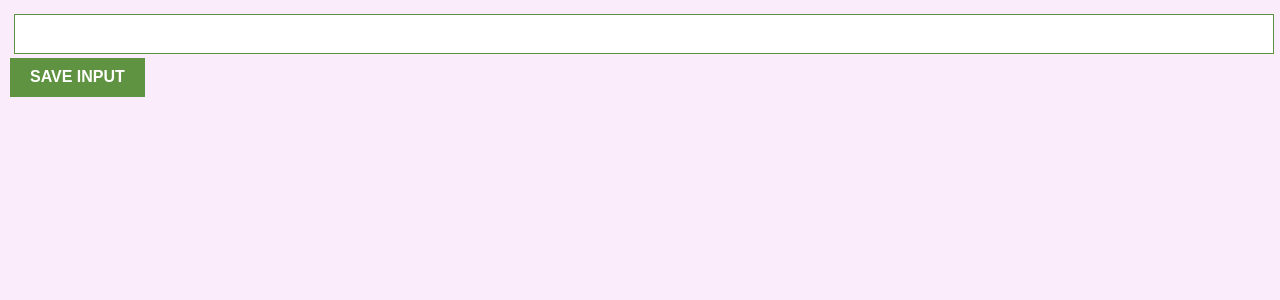
Repository: jt010051/chromeExtension
Page: index.html
An editor plug-in stored every save of this project. The page is shown before and after the next save, followed by the edit.
The browser window is 1280 px wide. The pictures show the whole page.

Above is the page before, as saved 2022-02-28 07:29:44.

After the next save:
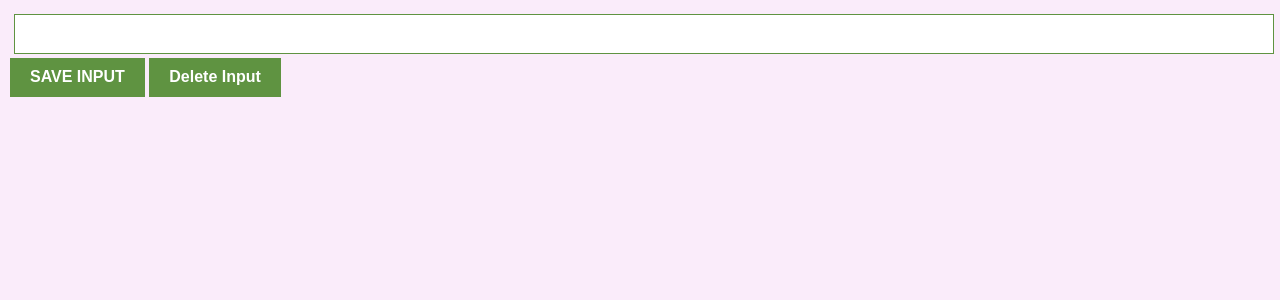
Saved 2 min 54 s later.
--- a/index.html
+++ b/index.html
@@ -5,6 +5,7 @@
     <body>
         <input type="text" id="input-el">
         <button id="input-btn">SAVE INPUT</button>
+        <button id="delete-btn">Delete Input</button>
         <ul id="ul-el"></ul>
         <script src="index.js"></script>
     </body>
